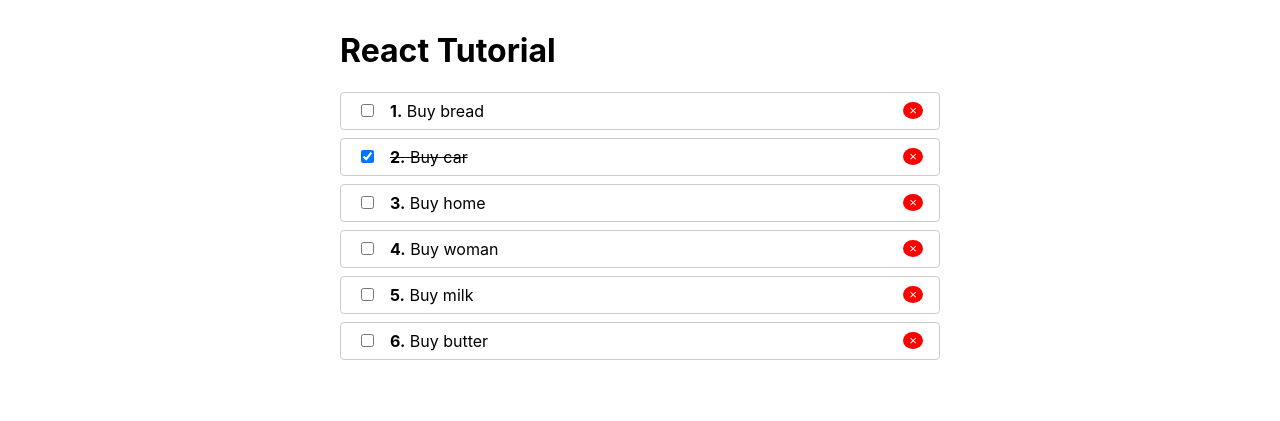
Repository: GregorPiev/rorganizer
Page: /
These files come from the project's save history. The page is drawn as it stood at one moment and after a run of saves; the edit follows.
The browser window is 1280 px wide. The pictures show the whole page.
The project was rebuilt for these pictures with package versions that can differ from the ones it lists, and the page was loaded fresh each time.

Above is the page before, as saved 2020-08-22 14:47:17.

### src/index.css
body {
	margin: 0;
	font-family: -apple-system, BlinkMacSystemFont, 'Segoe UI', 'Roboto', 'Oxygen',
		'Ubuntu', 'Cantarell', 'Fira Sans', 'Droid Sans', 'Helvetica Neue',
		sans-serif;
	-webkit-font-smoothing: antialiased;
	-moz-osx-font-smoothing: grayscale;
}

code {
	font-family: source-code-pro, Menlo, Monaco, Consolas, 'Courier New',
		monospace;
}
.wrapper {
	padding-top: 5px;
	margin: 5px auto;
	width: 600px;
}

### src/App.js
import React from 'react'
import TodoList from './Todo/TodoList/TodoList'
import Context from './context';

function App() {
  const [todos, setTodos] = React.useState([
    { id: 1, completed: false, title: 'Buy bread' },
    { id: 2, completed: true, title: 'Buy car' },
    { id: 3, completed: false, title: 'Buy home' },
    { id: 4, completed: false, title: 'Buy woman' },
    { id: 5, completed: false, title: 'Buy milk' },
    { id: 6, completed: false, title: 'Buy butter' },
  ])

  function toggleTodo(id) {
    console.log('%cid:' + id, 'color: red;')
    setTodos(
      todos.map((todo) => {
        if (todo.id === id) {
          todo.completed = !todo.completed
        }
        return todo
      }),
    )
  }

  function removeTodo(id) {
    setTodos(todos.filter(todo => todo.id !== id));
  }

  return (
    <Context.Provider value={{ removeTodo: removeTodo }}>
      <div className="wrapper">
        <h1>React Tutorial</h1>
        {
          todos.length
            ? <TodoList todos={todos} onToggle={toggleTodo} />
            : <p>No todos</p>
        }

      </div>
    </Context.Provider>
  )
}

export default App

### src/Todo/TodoList/TodoList.js
import React from 'react';
import PropTypes from 'prop-types';
import './TodoList.css';
import TodoItem from '../TodoItem/TodoItem';


function TodoList(props) {
    return (
        <ul className="ul_base">
            {
                props.todos.map((todo, index) => {
                    return <TodoItem
                        key={todo.id}
                        todo={todo}
                        index={index}
                        onChange={props.onToggle}
                    />
                })
            }
        </ul>
    )

}

TodoList.propTypes = {
    todos: PropTypes.arrayOf(PropTypes.object).isRequired,
    onToggle: PropTypes.func.isRequired
}
export default TodoList;

### src/context.js
import React from 'react';

const Context = React.createContext();
export default Context;

### src/Todo/TodoList/TodoList.css
.ul_base {
    list-style: none;
    margin: 0;
    padding: 0;
}

### src/Todo/TodoItem/TodoItem.js
import React from 'react';
import PropTypes from 'prop-types';
import './TodoItem.css';
import Context from '../../context';

function TodoItem({ todo, index, onChange }) {
    const { removeTodo } = React.useContext(Context);
    const classes = [];
    if (todo.completed === true) {
        classes.push('done');
    }
    return (
        <li>
            <span className={classes.join(' ')}>
                <input
                    type='checkbox'
                    checked={todo.completed}
                    onChange={() => onChange(todo.id)}
                />
                <strong>{index + 1}.</strong>&nbsp;
                {todo.title}
            </span>
            <button className="rb" onClick={removeTodo.bind(null, todo.id)}>&times;</button>

        </li>
    )
}

TodoItem.propTypes = {
    todo: PropTypes.object.isRequired,
    index: PropTypes.number.isRequired,
    onChange: PropTypes.func.isRequired
}

export default TodoItem;

### src/Todo/TodoItem/TodoItem.css
li {
  display: flex;
  justify-content: space-between;
  align-items: center;
  padding: 0.5rem 1rem;
  border: 1px solid #cccccc;
  border-radius: 4px;
  margin-bottom: 0.5rem;
}
input {
  margin-right: 1rem;
}
.rb {
  background: #f00;
  border-radius: 50%;
  color: #ffffff;
  border: none;
}
.done {
  text-decoration: line-through;
}

### src/Todo/AddTodo/AddTodo.js
import React from React;

function AddToDo() {
    return (
        <form>
            <input />
            <button type="submit">Add todo</button>
        </form>
    )
}

export default AddToDo;

Loaded but not shown: public/index.html (common file); src/index.js (common file); src/serviceWorker.js (common file)

After the next 2 saves:
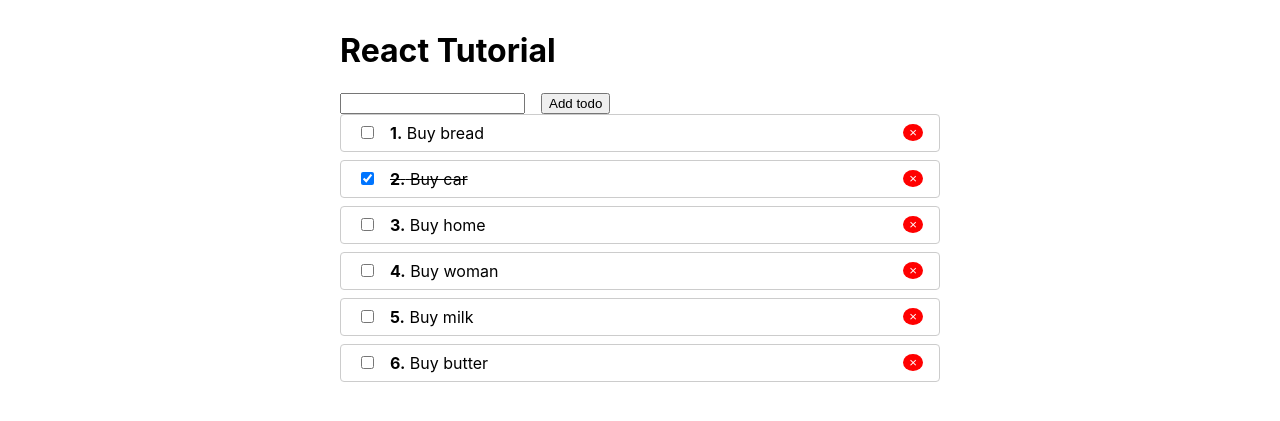
The 2 saves are shown as one change because 1 did not build or start.
The last was saved 2 min 13 s later.
--- a/src/App.js
+++ b/src/App.js
@@ -1,6 +1,7 @@
 import React from 'react'
 import TodoList from './Todo/TodoList/TodoList'
 import Context from './context';
+import AddToDo from './Todo/AddTodo/AddTodo';
 
 function App() {
   const [todos, setTodos] = React.useState([
@@ -32,6 +33,7 @@ function App() {
     <Context.Provider value={{ removeTodo: removeTodo }}>
       <div className="wrapper">
         <h1>React Tutorial</h1>
+        <AddToDo />
         {
           todos.length
             ? <TodoList todos={todos} onToggle={toggleTodo} />
--- a/src/Todo/AddTodo/AddTodo.js
+++ b/src/Todo/AddTodo/AddTodo.js
@@ -1,4 +1,4 @@
-import React from React;
+import React from 'react';
 
 function AddToDo() {
     return (
